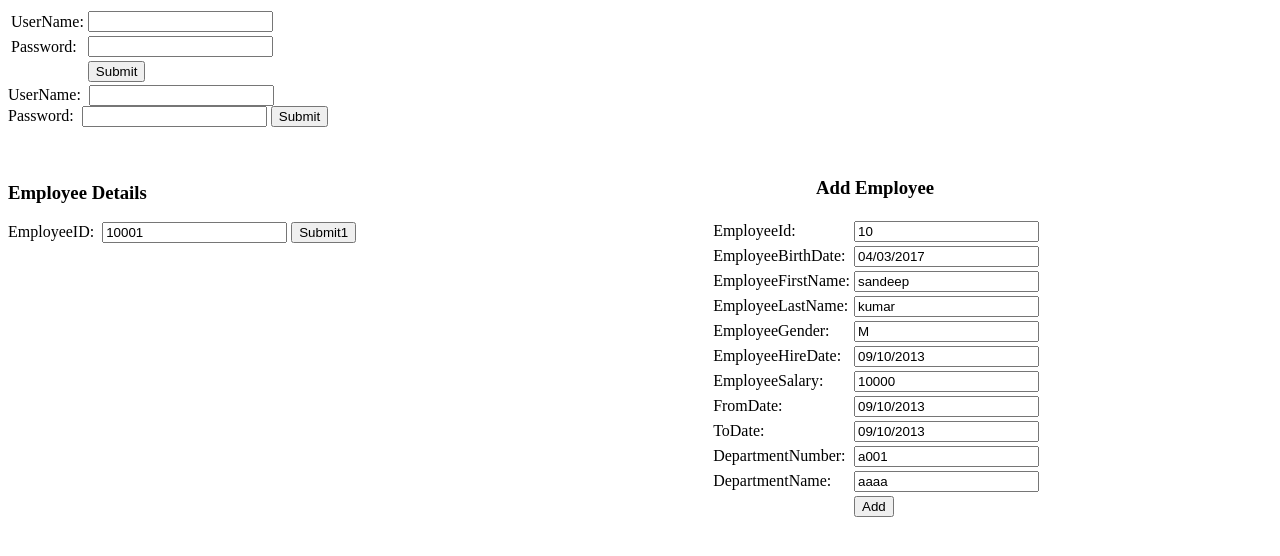
Repository: sandeep27y/MavenWebAppMultiModule-Servlets
Page: http://localhost/EmployeeApplication/LogIn.jsp
These files come from the project's save history. The page is drawn as it stood at one moment and after the next save; the edit follows.
The browser window is 1280 px wide. The pictures show the whole page.
The page is served by Tomcat 9. Other server files are loaded and not shown. The template is opened directly, without the code that normally fills it, so the values that code supplies are empty.

Above is the page before, as saved 2017-06-10 23:49:19.

### MavenWebAppMultiModule-Servlets/EmployeeMultiModule/EmployeeApplication/src/main/webapp/LogIn.jsp
<%@ page language="java" contentType="text/html; charset=ISO-8859-1"
    pageEncoding="ISO-8859-1"%>
<!DOCTYPE html PUBLIC "-//W3C//DTD HTML 4.01 Transitional//EN" "http://www.w3.org/TR/html4/loose.dtd">
<%@ taglib uri="http://java.sun.com/jsp/jstl/core" prefix="c" %>
<html>
<head>
<meta http-equiv="Content-Type" content="text/html; charset=ISO-8859-1">
<title>Insert title here</title>
</head>
<body>
<form action="/EmployeeApplication/employeelogin.do" method="post">
<table>
	<tr>
		<td>UserName: </td><td><input type="text" name="username"></td>
	</tr>
	<tr>
		<td>Password: </td><td><input type="password" name="password"></td>
	</tr>
	<tr>
		<td></td><td><input type="Submit" value="Submit"></td>
	</tr>
</table>
UserName: &nbsp;<input type="text" name="username"><br>
Password: &nbsp;<input type="password" name="password">
<input type="Submit" value="Submit"><br>
</form>
<br><br>
<div align="left">
<form action="/EmployeeApplication/EmployeeInfromation.do" method="post">
<h3>Employee Details</h3>
EmployeeID: &nbsp;<input type="text" name="employeeId" value="10001">
<input type="Submit" value="Submit1"><br>
</form>
</div>
<div align="right" style="margin-top: -85px; margin-right: 230px">
<form action="/EmployeeApplication/add" method="post">
<h3 style="margin-right: 108px">Add Employee</h3>
<table>
	<tr>
		<td>EmployeeId: </td>
		<td><input type="text" name="employeeId" value="10"></td>
	</tr>
	<tr>
		<td>EmployeeBirthDate: </td>
		<td><input type="text" name="birthdate" value="04/03/2017"></td>
	</tr>
	<tr>
		<td>EmployeeFirstName: </td>
		<td><input type="text" name="firstName" value="sandeep"></td>
	</tr>
	<tr>
		<td>EmployeeLastName: </td>
		<td><input type="text" name="lastName" value="kumar"></td>
	</tr>
	<tr>
		<td>EmployeeGender: </td>
		<td><input type="text" name="gender" value="M"></td>
	</tr>
	<tr>
		<td>EmployeeHireDate: </td>
		<td><input type="text" name="hiredate" value="09/10/2013"></td>
	</tr>
	<tr>
		<td>EmployeeSalary: </td>
		<td><input type="text" name="salary" value="10000"></td>
	</tr>
	<tr>
		<td>FromDate: </td>
		<td><input type="text" name="fromdate" value="09/10/2013"></td>
	</tr>
	<tr>
		<td>ToDate: </td>
		<td><input type="text" name="todate" value="09/10/2013"></td>
	</tr>
	<tr>
		<td>DepartmentNumber: </td>
		<td><input type="text" name="deptnumber" value="a001"></td>
	</tr>
	<tr>
		<td>DepartmentName: </td>
		<td><input type="text" name="deptname" value="aaaa"></td>
	</tr>
	<tr>
		<td><td><input type="submit" value="Add" align="right"></td>
	</tr>
	<tr>
		<td colspan="2"><c:out value="${requestScope.display}"></c:out></td>
	</tr>
</table>
</div>
</form>
</body>
</html>

After the next save:
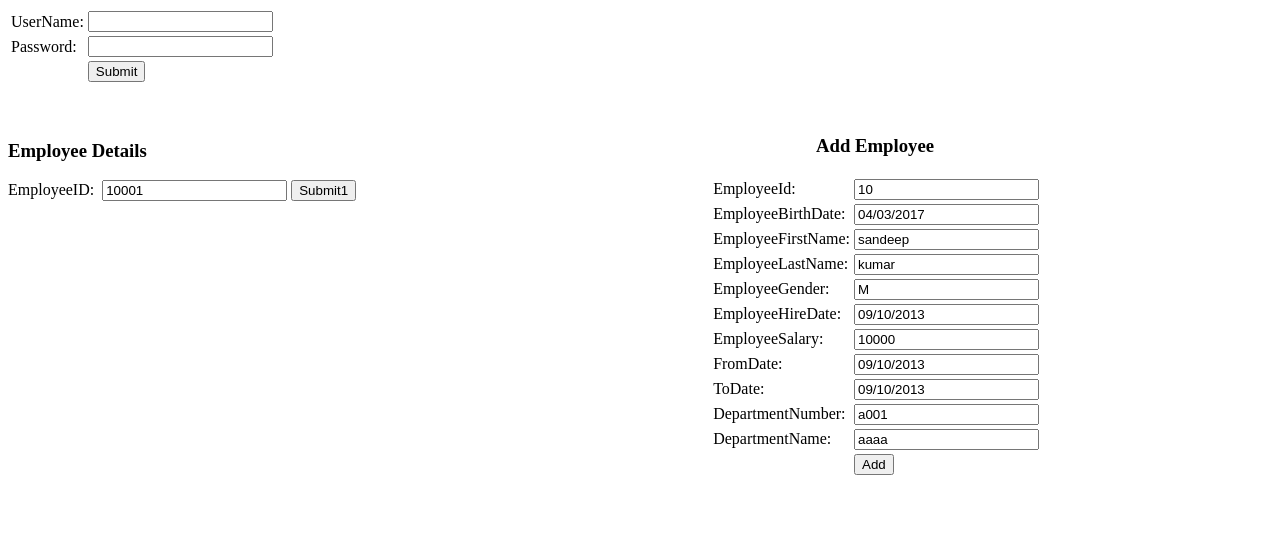
Saved 78 s later.
--- a/MavenWebAppMultiModule-Servlets/EmployeeMultiModule/EmployeeApplication/src/main/webapp/LogIn.jsp
+++ b/MavenWebAppMultiModule-Servlets/EmployeeMultiModule/EmployeeApplication/src/main/webapp/LogIn.jsp
@@ -20,9 +20,6 @@
 		<td></td><td><input type="Submit" value="Submit"></td>
 	</tr>
 </table>
-UserName: &nbsp;<input type="text" name="username"><br>
-Password: &nbsp;<input type="password" name="password">
-<input type="Submit" value="Submit"><br>
 </form>
 <br><br>
 <div align="left">
